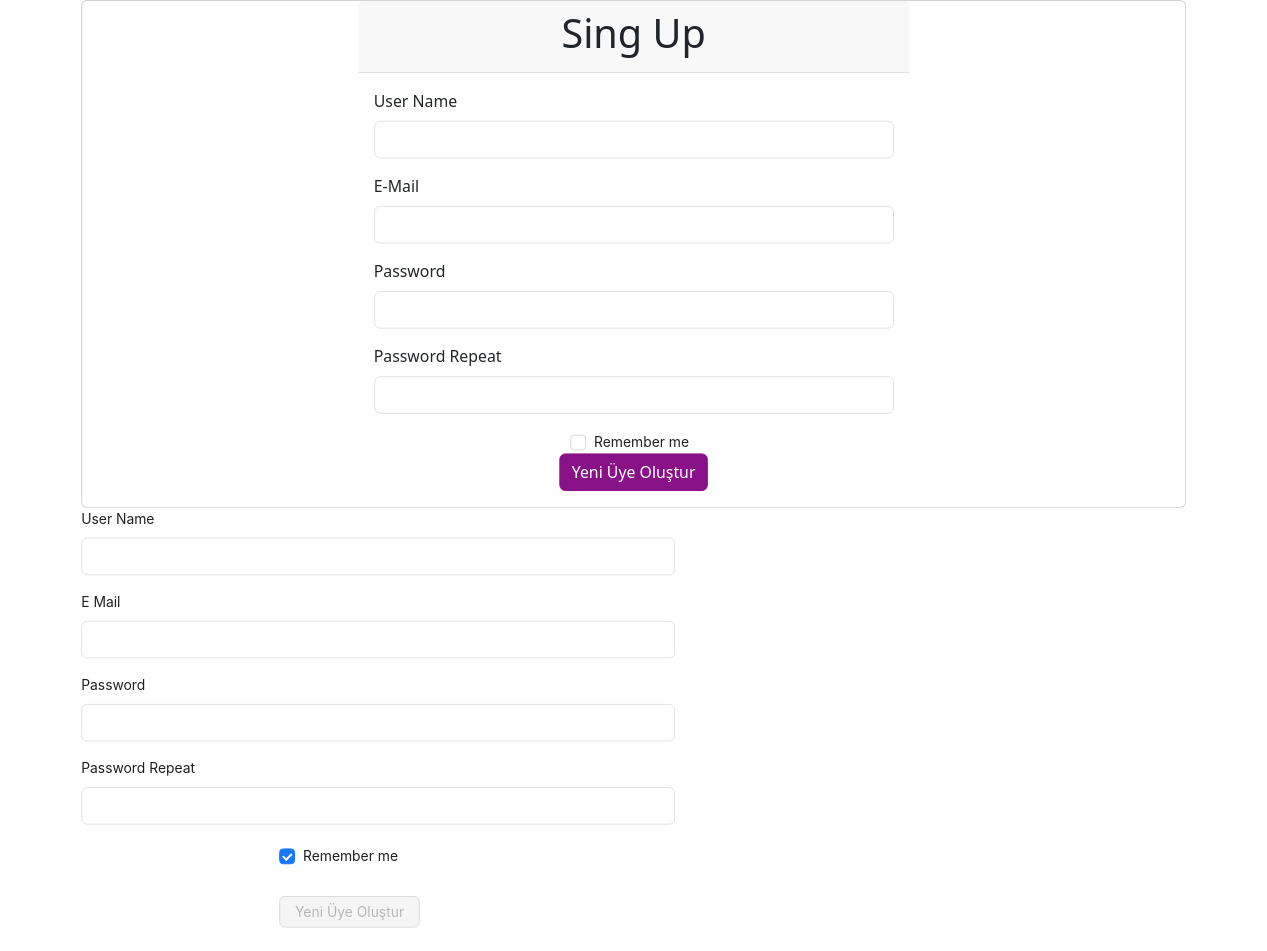
Repository: gursoyfahrettin20/startupProjectWeb
Page: /signup
These files come from the project's save history. The page is drawn as it stood at one moment and after the next save; the edit follows.
The browser window is 1280 px wide. The pictures show the whole page, at 99% of full size.
The project was rebuilt for these pictures with package versions that can differ from the ones it lists, and the page was loaded fresh each time. Also part of the build but not shown: vite.config.js.

Above is the page before, as saved 2024-01-17 00:40:12.

### index.html
<!doctype html>
<html lang="en">
  <head>
    <meta charset="UTF-8" />
    <link rel="icon" type="image/svg+xml" href="/vite.svg" />
    <meta name="viewport" content="width=device-width, initial-scale=1.0" />
    <title>Başlangıç Projesi</title>
  </head>
  <body>
    <div id="root"></div>
    <script type="module" src="/src/index.jsx"></script>
  </body>
</html>

### src/index.jsx
import * as React from 'react';
import { StrictMode } from 'react';
import { createRoot } from 'react-dom/client';
import SignUp from "./pages/SignUp"
import './index.scss'

const rootElement = document.getElementById('root');
const root = createRoot(rootElement);

root.render(
  <StrictMode>
    <SignUp/>
  </StrictMode>,
)

### src/pages/SignUp/index.jsx
import React, { useState, useEffect } from 'react';
import _ from 'lodash';
import { Button, Checkbox, Form, Spin, notification } from 'antd';
import { LoadingOutlined } from '@ant-design/icons';
import { singUp } from "../../api/apiCalls.js";
import { FormItem } from "../../components/formItem/formItem.jsx";

function index() {
    const [form] = Form.useForm();
    const [username, setUsername] = useState();
    const [email, setEmail] = useState();
    const [password, setPassword] = useState();
    const [passwordRepeat, setPasswordRepeat] = useState();
    const [succesMessage, setSuccesMessage] = useState();
    const [submittable, setSubmittable] = useState(false);
    const [apiProgress, setApiProgress] = useState(false);
    const [errors, setErrors] = useState({});
    const [generalErrors, setGeneralErrors] = useState({});
    const [api, contextHolder] = notification.useNotification();

    useEffect(() => {
        setErrors({})
    }, [username])

    const onSubmit = async (event) => {
        event.preventDefault();
        setSuccesMessage();
        setGeneralErrors();
        setApiProgress(true);
        const data = {
            username: username,
            email: email,
            password: password
        };
        try {
            const response = await singUp(data);
            setSuccesMessage(response.data?.message)
            setUsername();
            setPassword();
            setPasswordRepeat();
            setEmail();
        } catch (responseError) {
            if (responseError.response?.data && responseError.response?.data.status === 400) {
                setErrors(responseError.response?.data.validationErrors)
            }
            else {
                setGeneralErrors("Tahmin Edilemeyen Hatalarda gösterilecektir. / Unexpected error occured. Pleace try again.");
            }
        } finally {
            setApiProgress(false);
        }
    }

    const values = Form.useWatch([], form);
    // TODO: Sign Up butonu disabled durumlarına bakıyor.
    useEffect(() => {
        let _submittable = false;
        if (_.isUndefined(password) || _.isNull(password) || _.isEmpty(password)) {
            _submittable = false;
        } else if (password === passwordRepeat) {
            _submittable = true;
        }
        setSubmittable(_submittable);
    }, [values]);


    return (
        <div className='container'>
            <form className='card' onSubmit={onSubmit}>
                <div className='col-lg-6 offset-lg-3 col-sm-8 offset-sm-2'>
                    <div className='text-center card-header'>
                        <h1>Sing Up</h1>
                    </div>
                    <div className='card-body'>
                        <FormItem
                            name="username"
                            label="User Name"
                            errors={errors}
                            onChange={(e) => setUsername(e.target.value)}
                        />
                        <FormItem
                            name="email"
                            label="E-Mail"
                            errors={errors}
                            onChange={(e) => setEmail(e.target.value)}
                        />
                        <FormItem
                            name="password"
                            label="Password"
                            errors={errors}
                            type="password"
                            onChange={(e) => setPassword(e.target.value)}
                        />
                        <FormItem
                            name="passwordRepeat"
                            label="Password Repeat"
                            errors={errors}
                            type="password"
                            onChange={(e) => setPasswordRepeat(e.target.value)}
                        />
                        <div className='text-center'>
                            <Checkbox>Remember me</Checkbox>
                        </div>
                        <div className='text-center'>
                            <button className='btn btn-primary'>{apiProgress ? "Yeni Üye Oluşturuluyor..." : "Yeni Üye Oluştur"}</button>
                        </div>
                    </div>
                </div>
            </form >

            <Form
                name="signUp"
                form={form}
                labelCol={{ span: 8, }}
                wrapperCol={{ span: 16 }}
                style={{ maxWidth: 600, }}
                initialValues={{ remember: true, }}
                onFinish={onSubmit}
                autoComplete="off">
                <FormItem
                    id="username"
                    name="username"
                    label="User Name"
                    autoComplete='false'
                    isPassword={false}
                    db_message={!_.isEmpty(errors) ? errors.username : ""}
                    message={'Please input your username!'}
                    onChange={(e) => setUsername(e.target.value)}
                />
                <FormItem
                    id="email"
                    name="email"
                    label="E Mail"
                    autoComplete='false'
                    isPassword={false}
                    db_message={!_.isEmpty(errors) ? errors.email : ""}
                    message={'Please input your email!'}
                    onChange={(e) => setEmail(e.target.value)}
                />
                <FormItem
                    id="password"
                    name="password"
                    label="Password"
                    isPassword={true}
                    autoComplete='false'
                    db_message={!_.isEmpty(errors) ? errors.password : ""}
                    message={'Please input your username!'}
                    onChange={(e) => setPassword(e.target.value)}
                />
                <FormItem
                    id="passwordRepeat"
                    name="passwordRepeat"
                    label="Password Repeat"
                    isPassword={true}
                    autoComplete='false'
                    message='Please input your password Repeat!'
                    onChange={(e) => setPasswordRepeat(e.target.value)}
                />
                <Form.Item
                    name="remember"
                    valuePropName="checked"
                    wrapperCol={{ offset: 8, span: 16, }}
                >
                    <Checkbox>Remember me</Checkbox>
                </Form.Item>

                <Form.Item wrapperCol={{ offset: 8, span: 16, }}>
                    <Button type="primary" htmlType="submit" disabled={apiProgress ? apiProgress : !submittable}>
                        <Spin style={{ display: apiProgress ? "inline" : "none" }}
                            indicator={<LoadingOutlined style={{ fontSize: 24, marginRight: 15 }} spin />} />
                        {apiProgress ? "Yeni Üye Oluşturuluyor..." : "Yeni Üye Oluştur"}
                    </Button>
                </Form.Item>
                {/* todo: notification çıkartmak konulmuştur */}
                {contextHolder}
            </Form>
        </div >
    );
}
export default index;

### src/index.scss
$primary: #818;

@import "../node_modules/bootstrap/scss/bootstrap.scss";

### src/api/apiCalls.js
import axios from "axios";

export const changeLanguage = lang => {
    axios.defaults.headers['accept-language'] = lang;
}

export const getBaseUrl = () => {
     return import.meta.env.VITE_REACT_APP_REST_SERVICE_URL;
}

export const saveUser = body => {
    return axios.post(getBaseUrl() + '/users', body);
}

export const singUp = body => {
    return axios.post(getBaseUrl() + '/users', body);
}

export const login = data => {
    return axios.post(getBaseUrl() + '/auth', {}, {auth: data});
}

export const getUsers = (page, size) => {
    return axios.get(getBaseUrl() + `/users?currentPage=${page ? page : 0}&pageSize=${size ? size : 3}`);
}

export const setAuthorizationHeader = ({username, password, isLoggedIn}) => {
    if (isLoggedIn) {
        let authorizationHeaderValue = `Basic ${btoa(username + ':' + password)}`
        axios.defaults.headers['Authorization'] = authorizationHeaderValue;
    } else {
        delete axios.defaults.headers['Authorization'];
    }
}

export const getUser = (userName) => {
    return axios.get(getBaseUrl() + `/users/${userName}`);
}

export const updateUser = (userName, body) => {
    return axios.put(getBaseUrl() + `/users/${userName}`, body);
}

export const postHoax = hoax => {
    return axios.post(getBaseUrl() + "/hoaxes", hoax);
}

export const getHoaxes = (userName, page = 0) => {
    const path = userName ? `/users/${userName}/hoaxes?currentPage=` : "/hoaxes?currentPage="
    return axios.get(getBaseUrl() + path + page);
}

export const getOldHoaxes = (id, userName) => {
    const path = userName ? `/users/${userName}/hoaxes/${id}` : `/hoaxes/${id}`;
    return axios.get(getBaseUrl() + path);
}

### src/components/formItem/formItem.jsx
import React, { useEffect, useState } from 'react';
import { Form, Input } from 'antd';

export function FormItem({ name, label, autoComplete, onChange, errors, type }) {
    const [msg, setNsg] = useState()

    return (
        <div className='mb-3'>
            <label className='form-label' htmlFor={name}> {label} </label>
            <input id={name} autoComplete={autoComplete ? autoComplete : false} className={errors?.[name] ? 'form-control is-invalid' : 'form-control'} type={type ? type : "text"} onChange={onChange} />
        </div>
    );
}

export default FormItem;

After the next save:
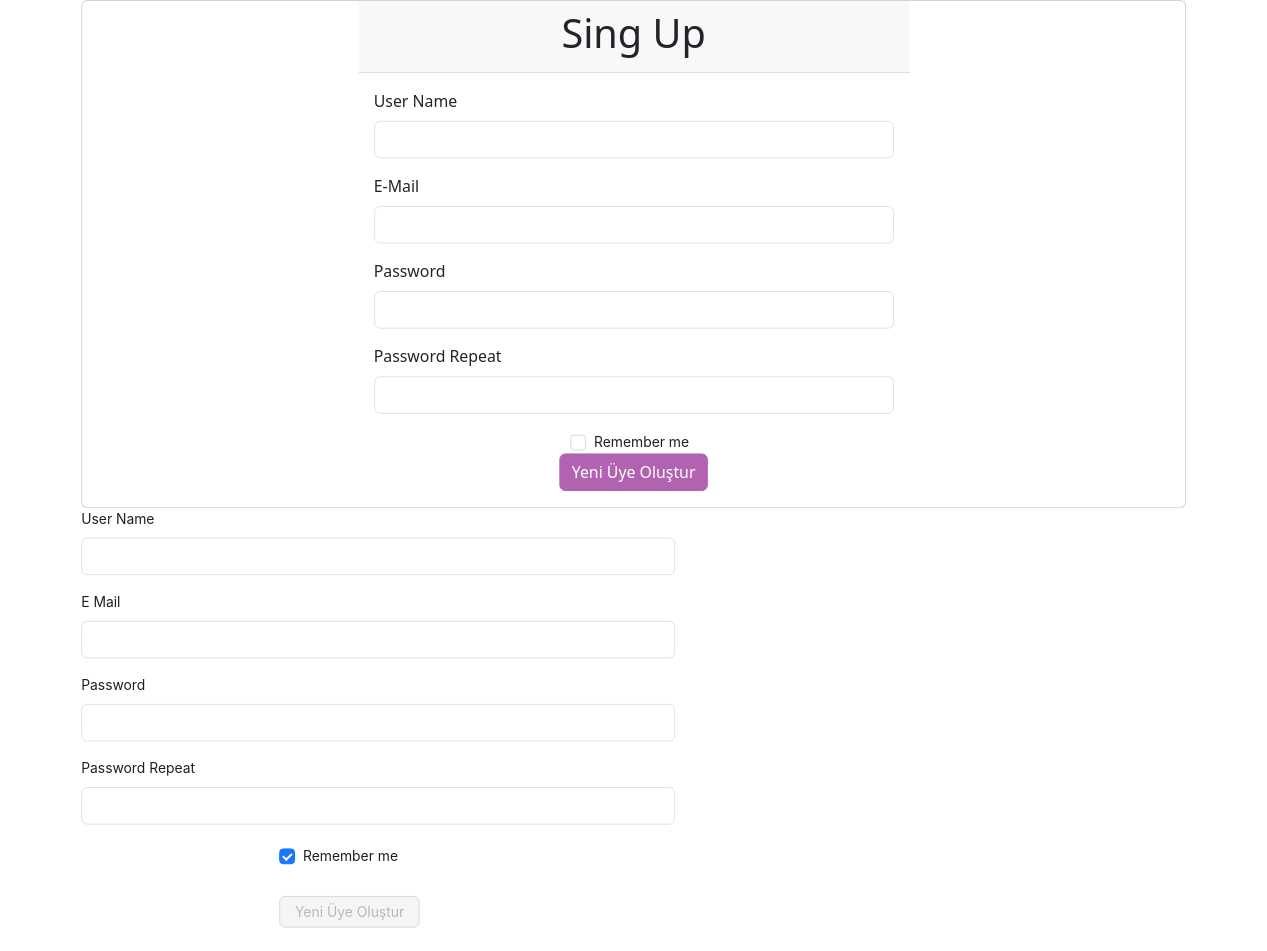
Saved 47 s later.
--- a/src/pages/SignUp/index.jsx
+++ b/src/pages/SignUp/index.jsx
@@ -102,7 +102,9 @@ function index() {
                             <Checkbox>Remember me</Checkbox>
                         </div>
                         <div className='text-center'>
-                            <button className='btn btn-primary'>{apiProgress ? "Yeni Üye Oluşturuluyor..." : "Yeni Üye Oluştur"}</button>
+                            <button className='btn btn-primary' disabled={apiProgress ? apiProgress : !submittable}>
+                                {apiProgress ? "Yeni Üye Oluşturuluyor..." : "Yeni Üye Oluştur"}
+                                </button>
                         </div>
                     </div>
                 </div>
